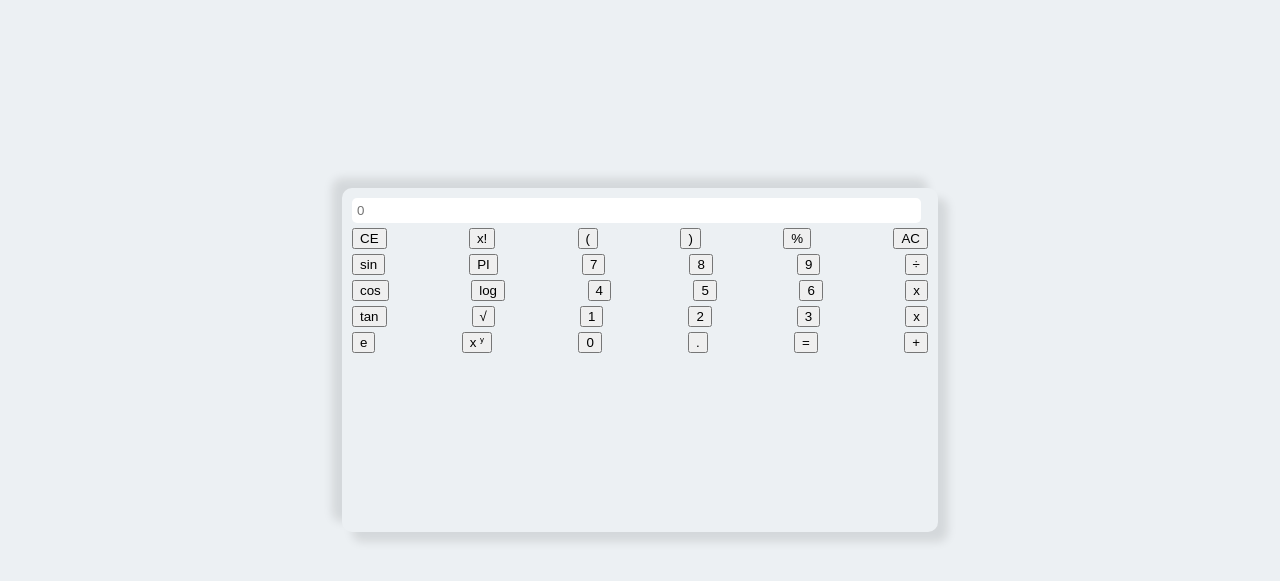
Repository: Haakim19/Scientific-Calculator
Page: intex.html
An editor plug-in stored every save of this project. The page is shown before and after the next save, followed by the edit.
The browser window is 1280 px wide. The pictures show the whole page.

Above is the page before, as saved 2024-10-27 11:59:06.

### intex.html
<!DOCTYPE html>
<html lang="en">
<head>
    <meta charset="UTF-8">
    <meta name="viewport" content="width=device-width, initial-scale=1.0">
    <title>Scientific Calculator</title>
    <link rel="stylesheet" href="Style.css">
</head>
<body>
    <div class="container">
        <div class="display">
            <input type="text" id="screen" placeholder="0">
        </div>
        <div class="btns">
            <div class="row">
                <button class="btn">CE</button>
                <button class="btn">x!</button>
                <button class="btn">(</button>
                <button class="btn">)</button>
                <button class="btn">%</button>
                <button class="btn">AC</button>
            </div>
            <div class="row">
                <button class="btn">sin</button>
                <button class="btn">PI</button>
                <button class="btn">7</button>
                <button class="btn">8</button>
                <button class="btn">9</button>
                <button class="btn">÷</button>
            </div>
            <div class="row">
                <button class="btn">cos</button>
                <button class="btn">log</button>
                <button class="btn">4</button>
                <button class="btn">5</button>
                <button class="btn">6</button>
                <button class="btn">x</button>
            </div>
            <div class="row">
                <button class="btn">tan</button>
                <button class="btn">√</button>
                <button class="btn">1</button>
                <button class="btn">2</button>
                <button class="btn">3</button>
                <button class="btn">x</button>
            </div>
            <div class="row">
                <button class="btn">e</button>
                <button class="btn">x <sup style="font-size: 0.5rem;">y</sup></button>
                <button class="btn">0</button>
                <button class="btn">.</button>
                <button class="btn">=</button>
                <button class="btn">+</button>
            </div>
        </div>
</body>

</html>

### Style.css
body{
    /* background-color: #f0f0f0; */
    font-family: Arial, sans-serif;
    margin: 0;
    padding: 0;
    justify-content: center;
    align-items: center;
    display: flex;
    min-height: 100vh;
    background: #ecf0f3;
}

.container{
    width: 45%;
    height: 45vh;
    padding: 10px;
    border-radius: 10px;
    box-shadow: 10px 10px 10px rgba(0, 0, 0, 0.1),
                -10px -10px 10px rgba(0, 0, 0, 0.1);
}
.display #screen{
    width: 97%;
    height: 20%;
    border: none;
    border-radius: 5px;
    padding: 5px;

}
.row{
    display: flex;
    justify-content: space-between;
    margin: 5px 0;
    /* padding: 5px; */
}

After the next save:
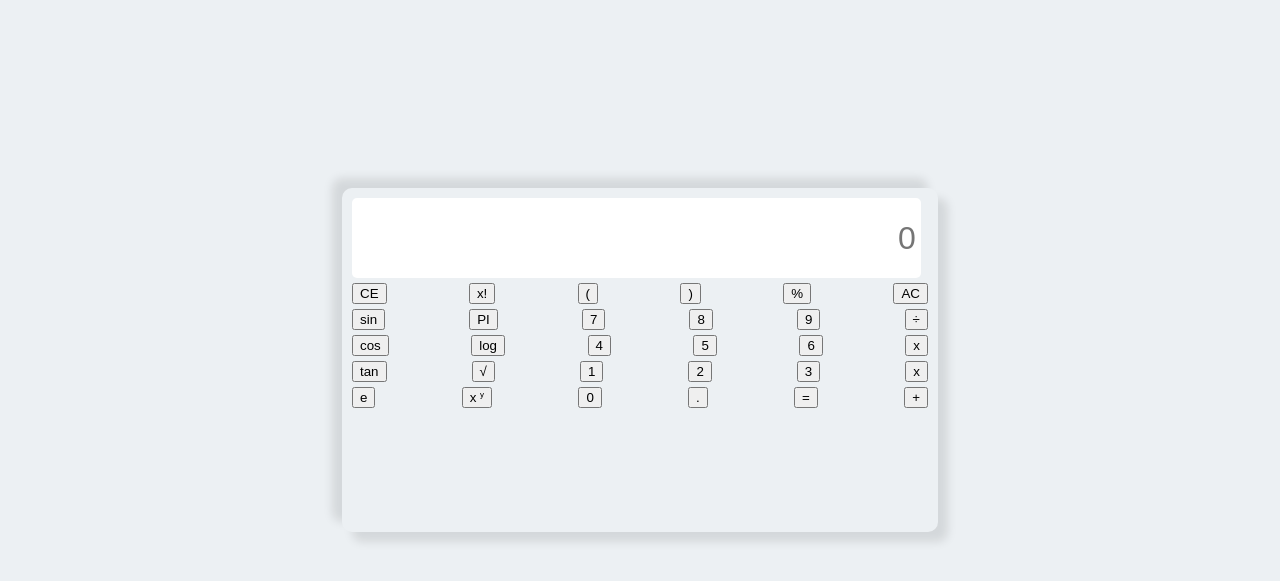
Saved 46 s later.
--- a/Style.css
+++ b/Style.css
@@ -20,8 +20,11 @@ body{
 }
 .display #screen{
     width: 97%;
-    height: 20%;
+    height: 70px;
     border: none;
+    outline: none;
+    text-align: right;
+    font-size: 2em;
     border-radius: 5px;
     padding: 5px;
 
